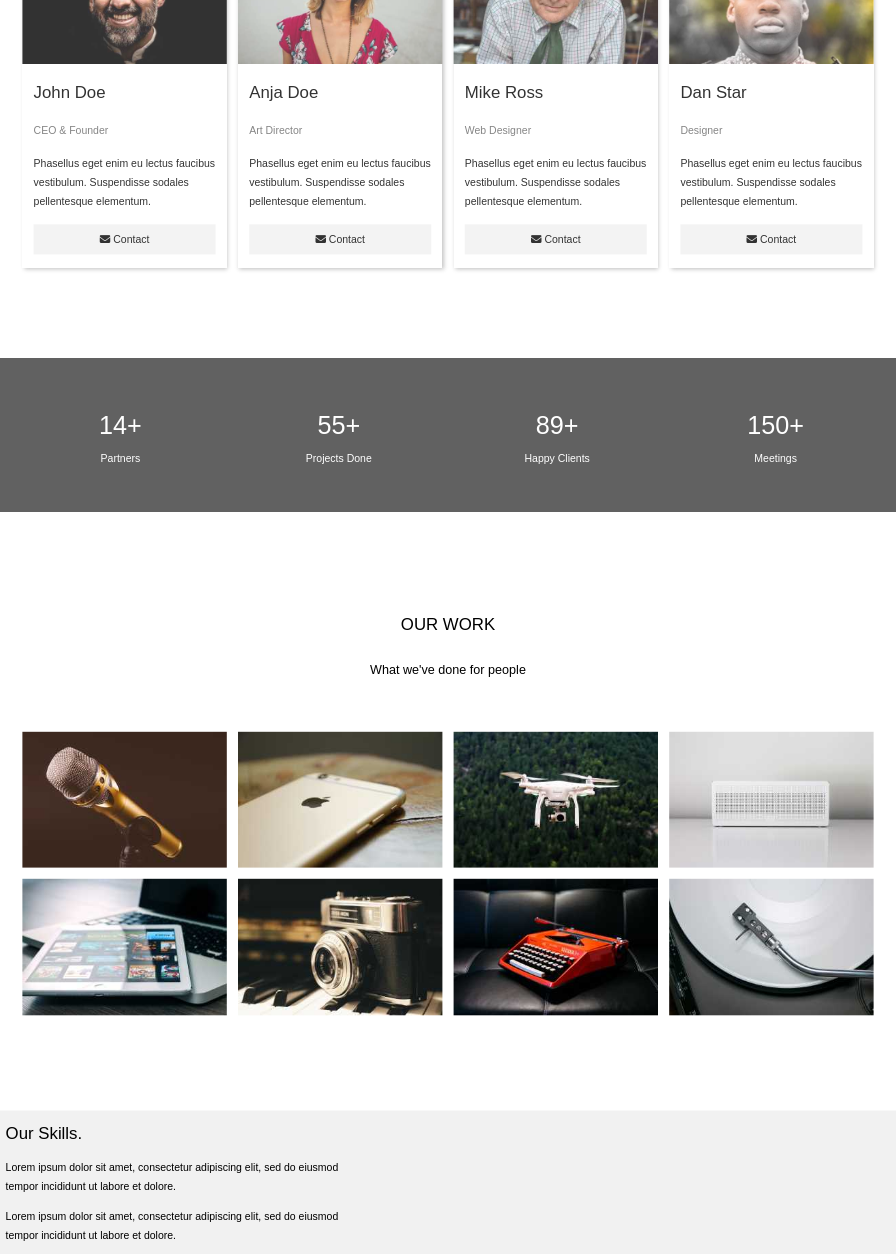
Repository: husterDC/Test
Page: index.html
An editor plug-in stored every save of this project. The page is shown before and after the next save, followed by the edit.
The browser window is 1280 px wide. The pictures show the part of the page from y = 2659 to 4579 px (the page is 4451 px tall before and 4579 px after), at 70% of full size.

Above is the page before, as saved 2022-10-13 17:10:15.

After the next save:
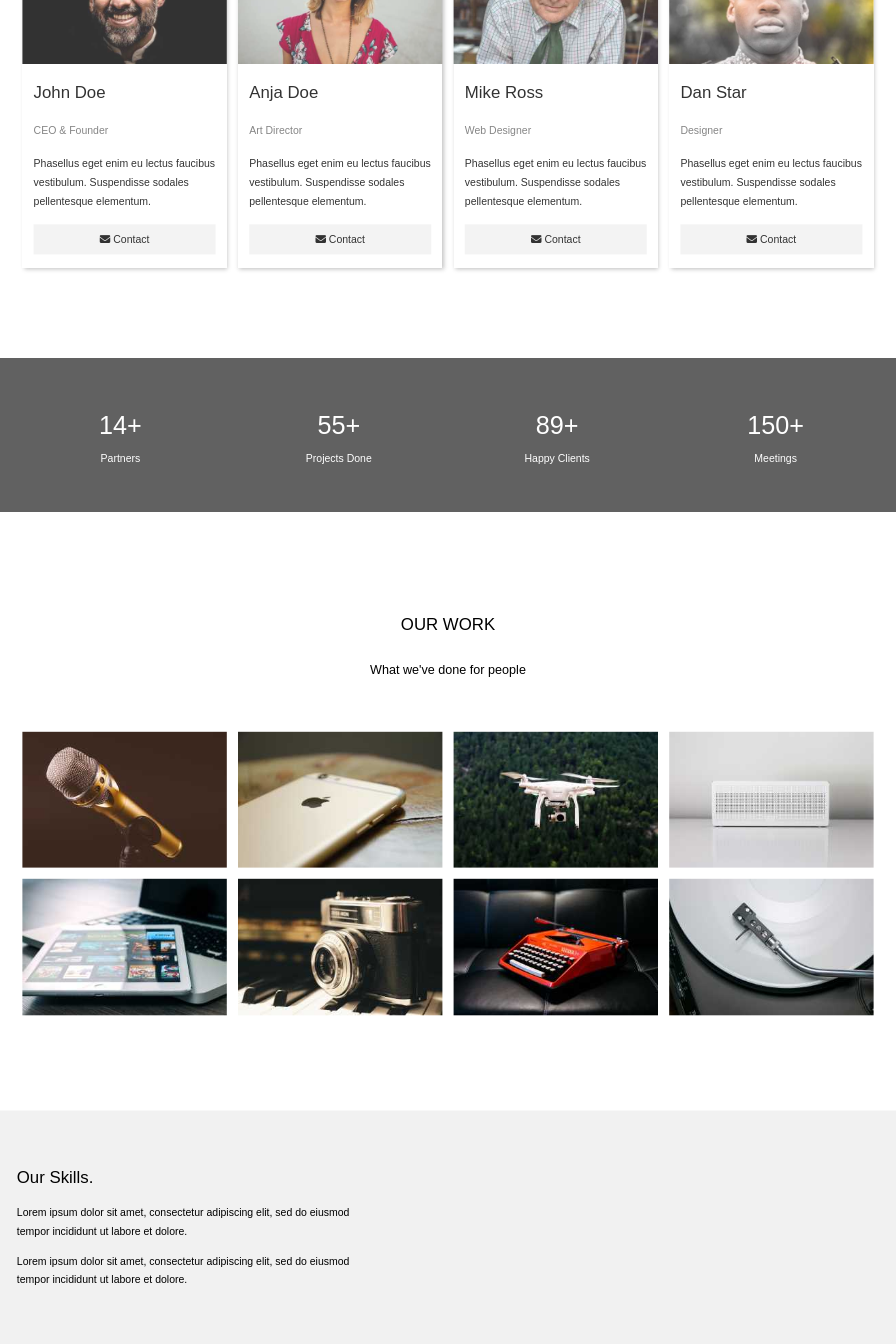
Saved 35 s later.
--- a/assets/style.css
+++ b/assets/style.css
@@ -254,6 +254,8 @@
     background-color: #f1f1f1;
     display: flex;
     font-size: 15px;
+}
+.container_work-skill-text {
     padding: 0 8px;
 }
 .container_work-skill-title {
